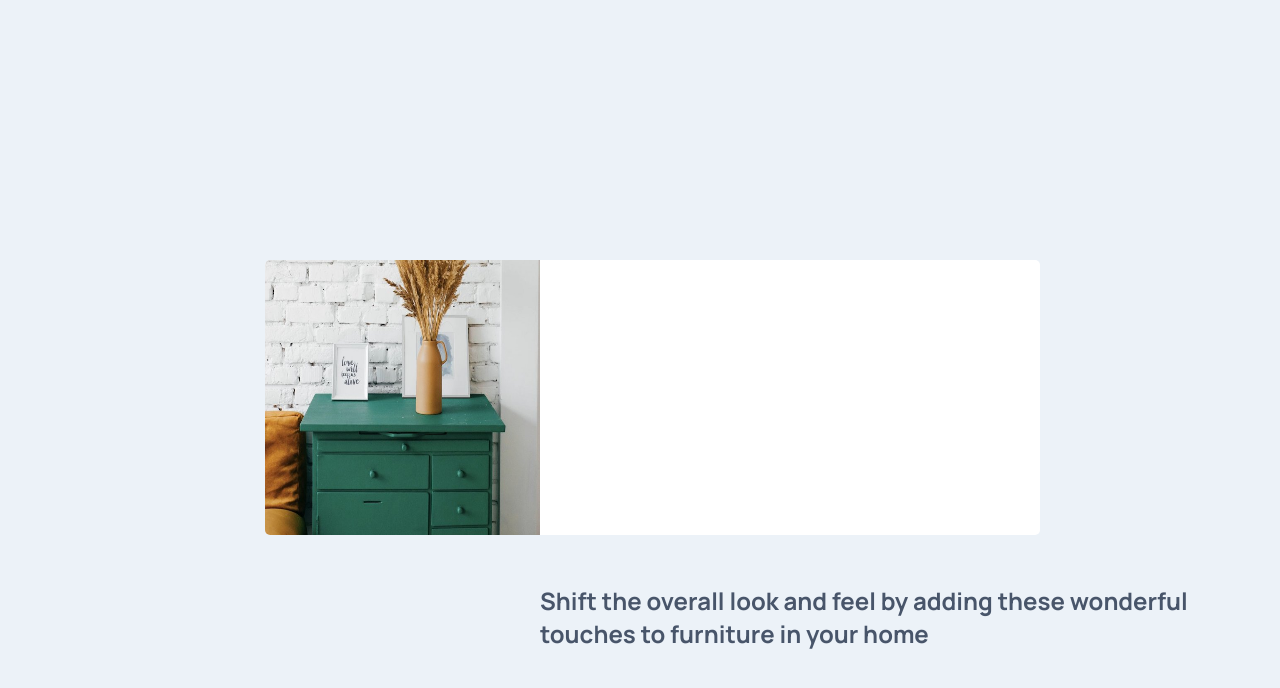
Repository: ricky603/training-css
Page: article-preview-component-master/index.html
The author's editor kept a copy of each file at every save. The page is drawn from the files as they stood at one save, then again after the next save.
The browser window is 1280 px wide. The pictures show the whole page.

Above is the page before, as saved 2020-09-09 08:26:52.

After the next save:
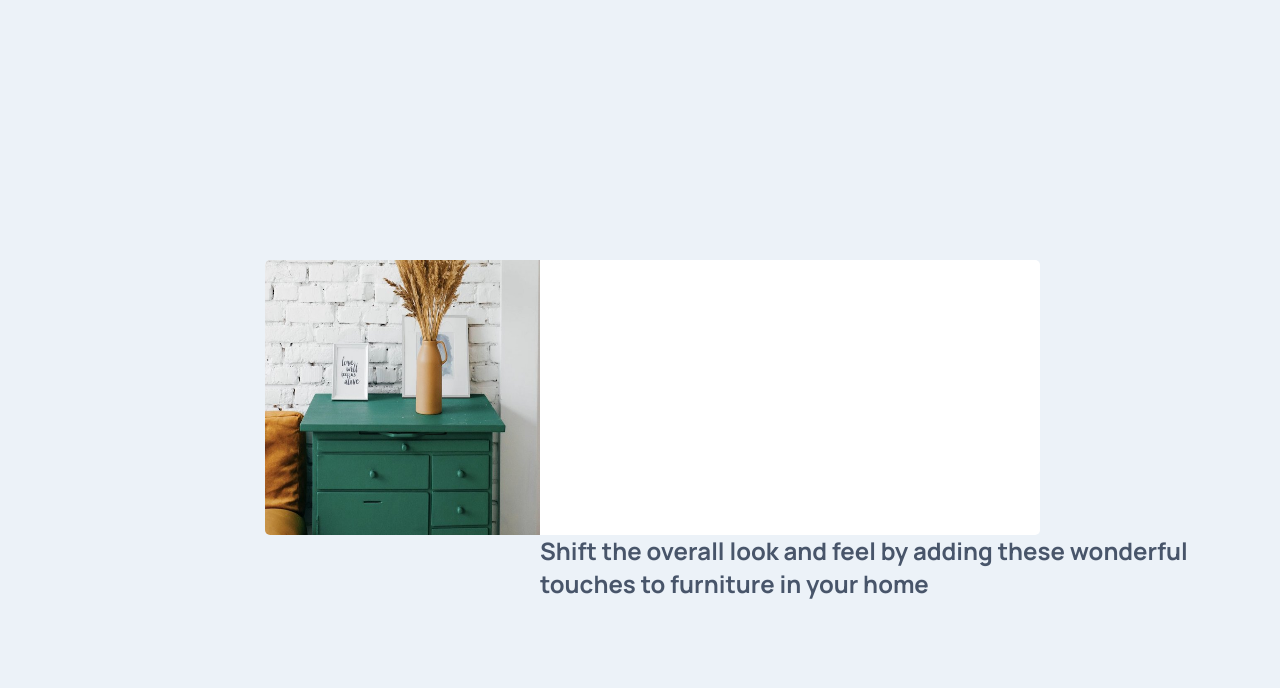
Saved 4 s later.
--- a/article-preview-component-master/styles.css
+++ b/article-preview-component-master/styles.css
@@ -16,7 +16,7 @@ h2 {
     position: fixed;
     display: inline-block;
     width: 57%;
-    bottom: 50px;
+    bottom: 100px;
 }
 
 .head {
